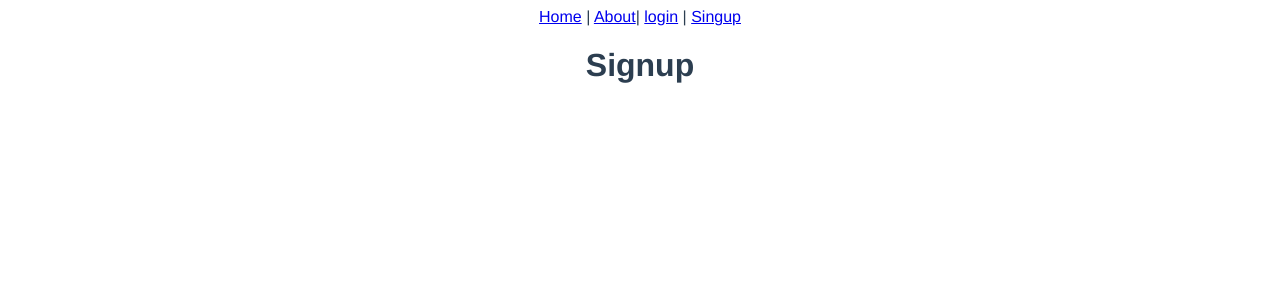
Repository: HeeJeong0718/captin
Page: /signup
An editor plug-in stored every save of this project. The page is shown before and after the next save, followed by the edit.
The browser window is 1280 px wide. The pictures show the whole page.
The project was rebuilt for these pictures with package versions that can differ from the ones it lists, and the page was loaded fresh each time. Also part of the build but not shown: vue.config.js.

Above is the page before, as saved 2022-04-21 23:15:32.

### src/App.vue
<template>
  <div id="app">
    <AppHeader/>
    <router-view/>
  </div>
</template>
<script>
import AppHeader from '@/components/AppHeader.vue';
export default {
  components:{
    AppHeader
  }
}

</script>
<style>
#app {
  font-family: Avenir, Helvetica, Arial, sans-serif;
  -webkit-font-smoothing: antialiased;
  -moz-osx-font-smoothing: grayscale;
  text-align: center;
  color: #2c3e50;
}

nav {
  padding: 30px;
}

nav a {
  font-weight: bold;
  color: #2c3e50;
}

nav a.router-link-exact-active {
  color: #42b983;
}
</style>

### src/router/index.js
import Vue from 'vue'
import VueRouter from 'vue-router'
//import HomeView from '../views/HomeView.vue'

Vue.use(VueRouter)

const routes = [

  {
    path: '/about',
    name: 'about',
    // route level code-splitting
    // this generates a separate chunk (about.[hash].js) for this route
    // which is lazy-loaded when the route is visited.
    component: () => import(/* webpackChunkName: "about" */ '../views/AboutView.vue')
  },
  {
    path: '/',
    name: 'login',
    // route level code-splitting
    // this generates a separate chunk (about.[hash].js) for this route
    // which is lazy-loaded when the route is visited.
    component: () => import(/* webpackChunkName: "about" */ '../views/AboutView.vue')
  },
  {
    path: '/signup',
    name: 'signup',
    // route level code-splitting
    // this generates a separate chunk (about.[hash].js) for this route
    // which is lazy-loaded when the route is visited.
    component: () => import(/* webpackChunkName: "about" */ '../views/Singup.vue')
  }
]

const router = new VueRouter({
  mode: 'history',
  base: process.env.BASE_URL,
  routes
})

export default router

### src/components/AppHeader.vue
<template>
  <header>
      <router-link to="/">Home</router-link> |
      <router-link to="/about">About</router-link>|
      <router-link to="/login">login</router-link> |
      <router-link to="/signup">Singup</router-link>
    </header>
</template>

<script>
export default {

}
</script>

<style>

</style>

### src/views/Singup.vue
<template>
  <div>
      <h1>Signup</h1>
  </div>
</template>

<script>
export default {

}
</script>

<style>

</style>

Loaded but not shown: public/index.html (common file); src/main.js (common file); src/registerServiceWorker.js (common file); src/store/index.js (common file)

After the next save:
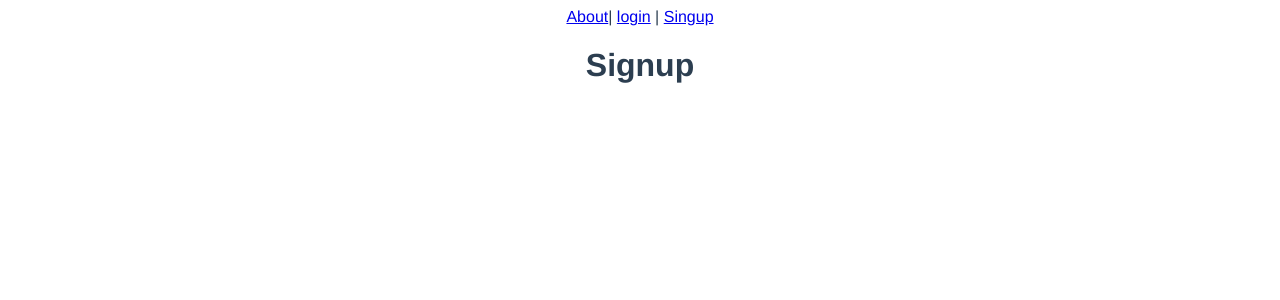
Saved 8 s later.
--- a/src/components/AppHeader.vue
+++ b/src/components/AppHeader.vue
@@ -1,8 +1,8 @@
 <template>
   <header>
-      <router-link to="/">Home</router-link> |
+
       <router-link to="/about">About</router-link>|
-      <router-link to="/login">login</router-link> |
+      <router-link to="/">login</router-link> |
       <router-link to="/signup">Singup</router-link>
     </header>
 </template>
